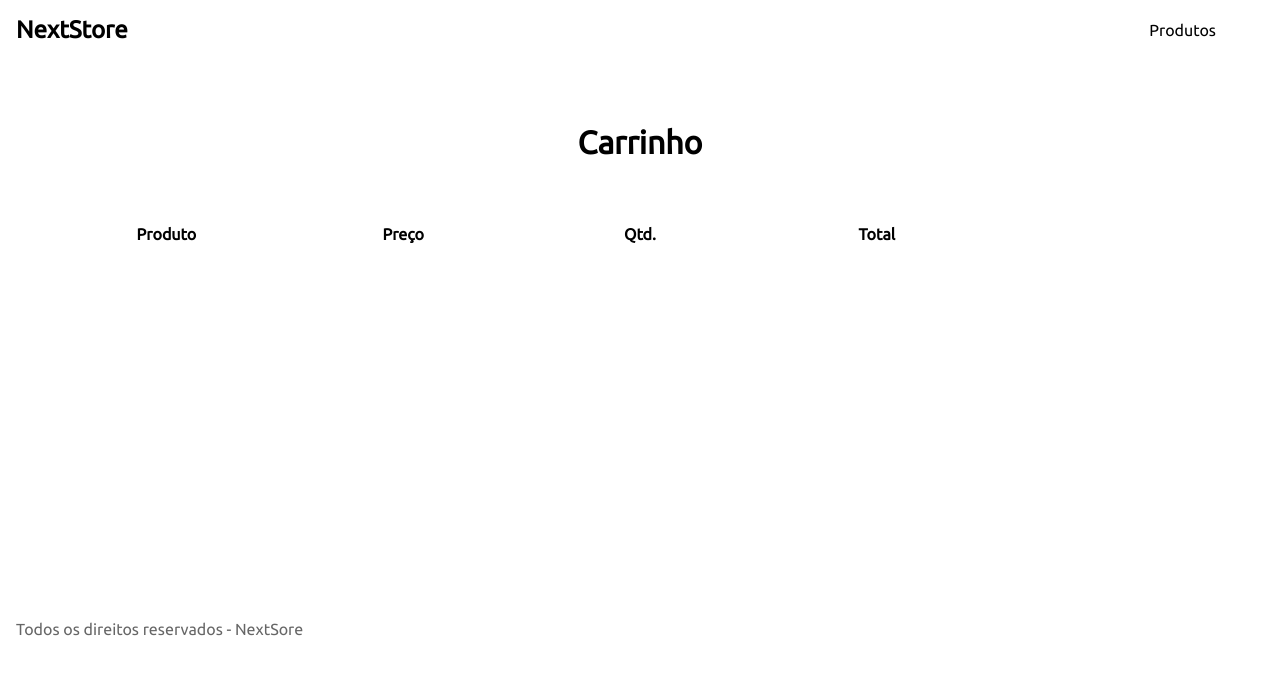
Repository: leonardoweiss/storeNext
Page: /cart
The author's editor kept a copy of each file at every save. The page is drawn from the files as they stood at one save, then again after the next save.
The browser window is 1280 px wide. The pictures show the whole page.
The project was rebuilt for these pictures with package versions that can differ from the ones it lists, and the page was loaded fresh each time. The framework's server and built-in components were replaced by stand-ins that run in the browser. Also part of the build but not shown: next.config.js.

Above is the page before, as saved 2024-01-17 21:42:13.

After the next save:
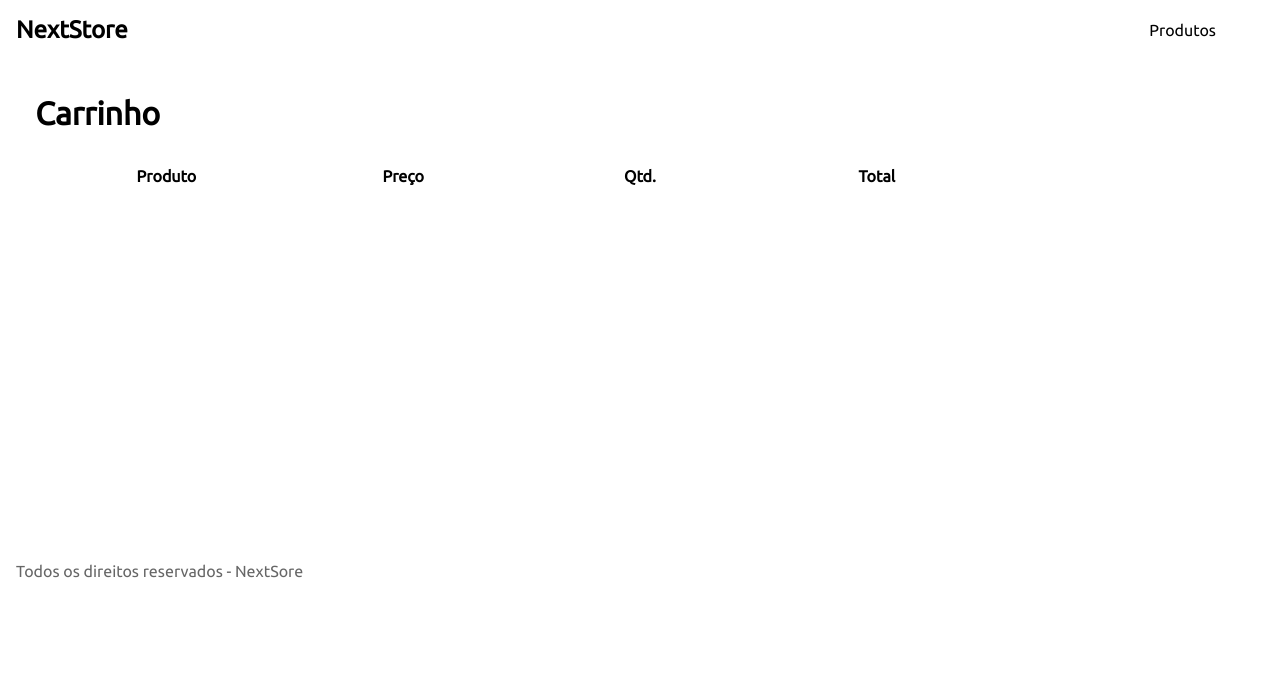
Saved 7 s later.
--- a/src/pages/cart.jsx
+++ b/src/pages/cart.jsx
@@ -8,7 +8,7 @@ function Cart() {
     return (
         <>
             <Header />
-            <h1 className="page-title center">Carrinho</h1>
+            <h1 className="page-title">Carrinho</h1>
             <div className="table-cart">
                 <header>
                     <div>Produto</div>
